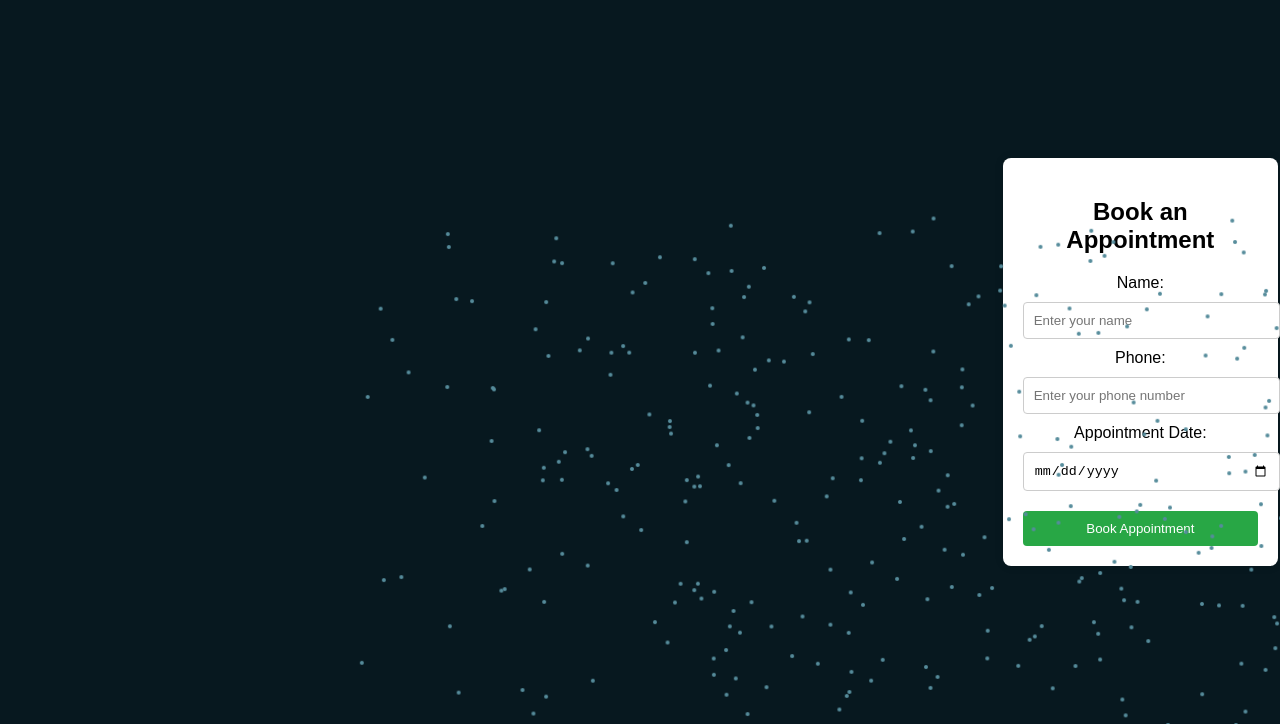
Repository: Anadi-Chauhan/Mentorship-binarybuddy
Page: appointment.html
An editor plug-in stored every save of this project. The page is shown before and after the next save, followed by the edit.
The browser window is 1280 px wide. The pictures show the whole page.

Above is the page before, as saved 2024-10-19 10:38:19.

After the next save:
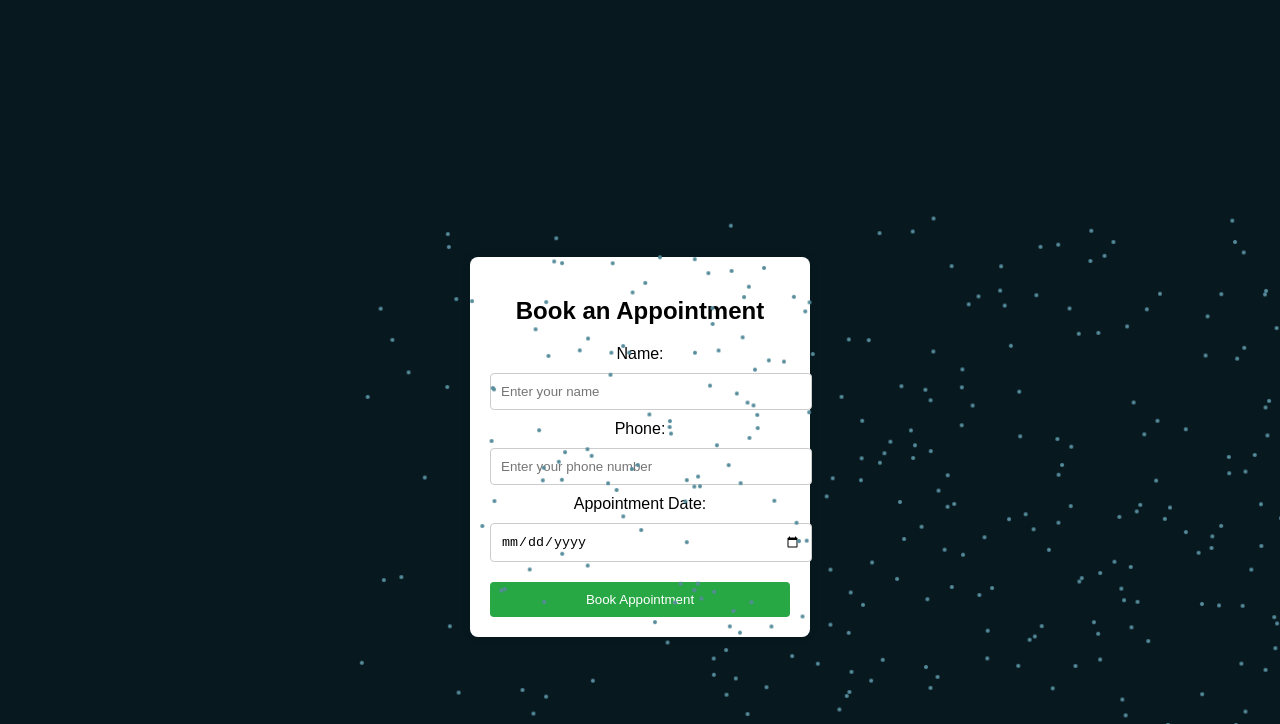
Saved 9 s later.
--- a/appointment.css
+++ b/appointment.css
@@ -1,6 +1,6 @@
 body {
     font-family: Arial, sans-serif;
-    display: flex;
+    display: grid;
     justify-content: center;
     align-items: center;
     height: 100vh;
